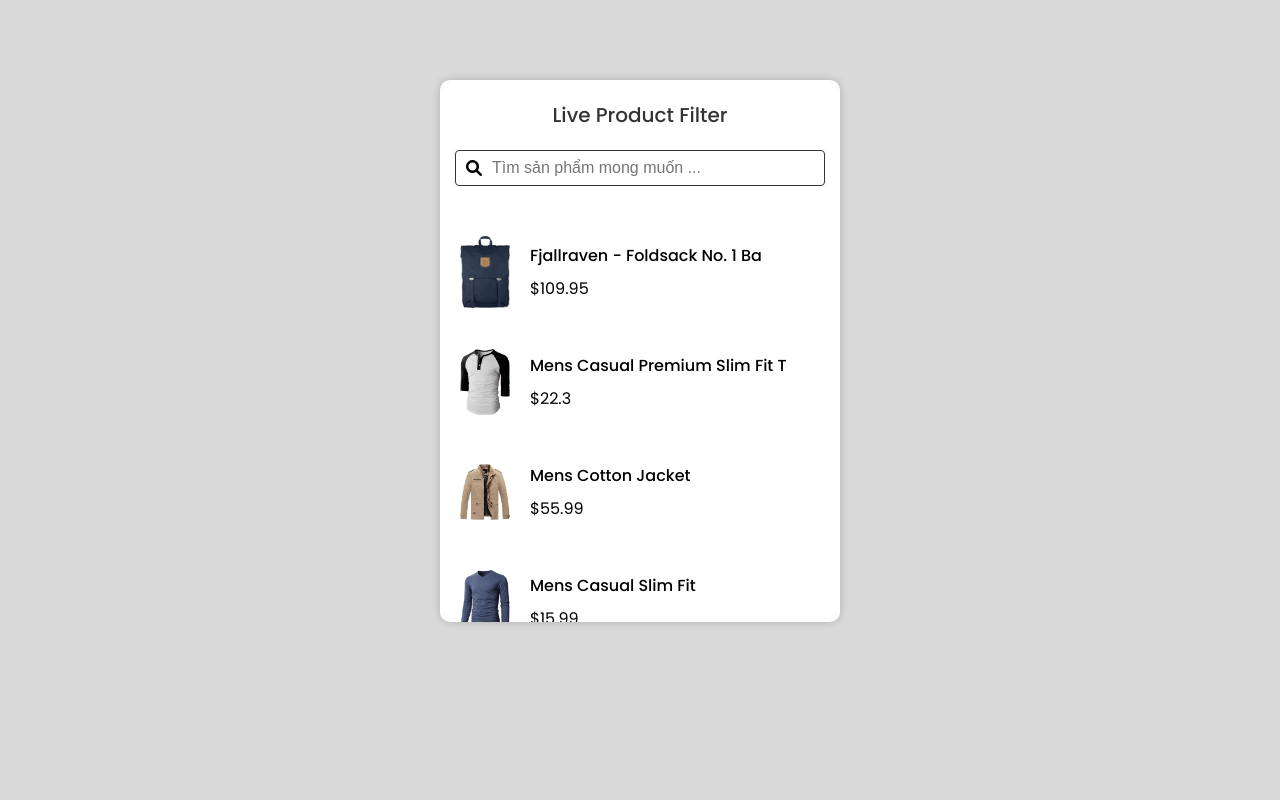
Repository: huannt2001/live-product-filter
Page: index.html
These files come from the project's save history. The page is drawn as it stood at one moment and after the next save; the edit follows.
The browser window is 1280 px wide. The pictures show the whole page.

Above is the page before, as saved 2022-01-08 10:34:26.

After the next save:
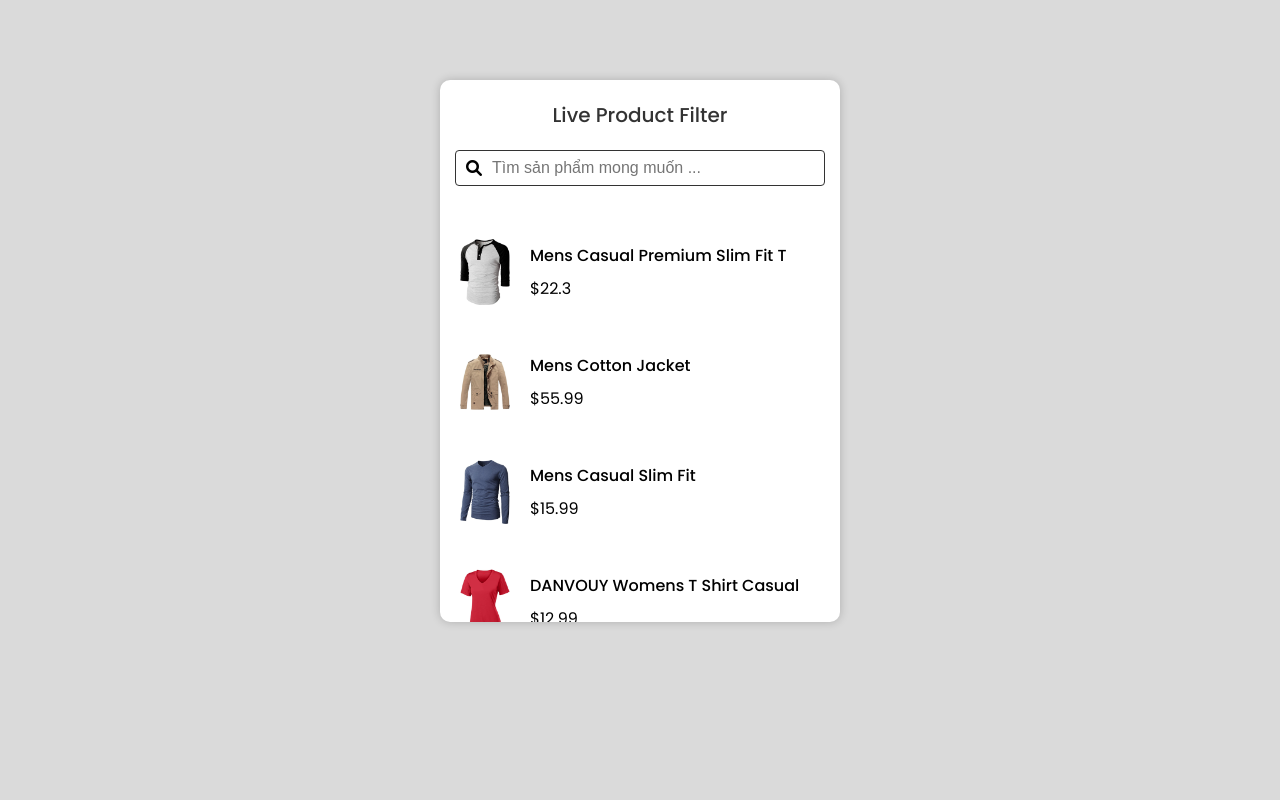
Saved 81 s later.
--- a/index.html
+++ b/index.html
@@ -182,9 +182,9 @@
         function searchItem(value) {
             Array.from(products).forEach(product => {
                 if (!product.innerText.toLowerCase().includes(value.toLowerCase())) {
-                    product.classList.add('.hide')
+                    product.classList.add('hide')
                 } else {
-                    product.classList.remove('.hide')
+                    product.classList.remove('hide')
                 }
             })
         }
